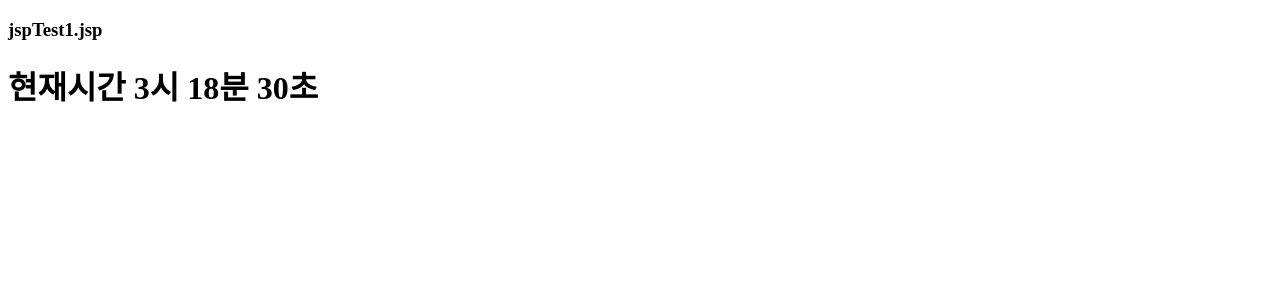
Repository: SouthSea0613/401_Unauthorized_java
Page: http://localhost/model1_1/jspTest1.jsp
An editor plug-in stored every save of this project. The page is shown before and after the next save, followed by the edit.
The browser window is 1280 px wide. The pictures show the whole page.
The page is served by Tomcat 9. Other server files are loaded and not shown.

Above is the page before, as saved 2024-12-02 01:00:05.

### model1_1/src/main/webapp/jspTest1.jsp
<%@page import="java.util.Calendar"%>
<%@ page language="java" contentType="text/html; charset=UTF-8"
    pageEncoding="UTF-8"%>
<!DOCTYPE html>
<html>
<head>
<meta charset="UTF-8">
<title>Insert title here</title>
</head>
<%
	//<%: 스크립틀릿(java코드)
	//jsp --> servlet변환 --> 실행
	Calendar c =Calendar.getInstance();
	int hour = c.get(Calendar.HOUR);
	int min = c.get(Calendar.MINUTE);
	int sec = c.get(Calendar.SECOND);

%>
<body>
	<h3>jspTest1.jsp</h3>
	<h1>현재시간 <%=hour+1%>시 <%=min%>분 <%=sec%>초</h1>
</body>
</html>

After the next save:
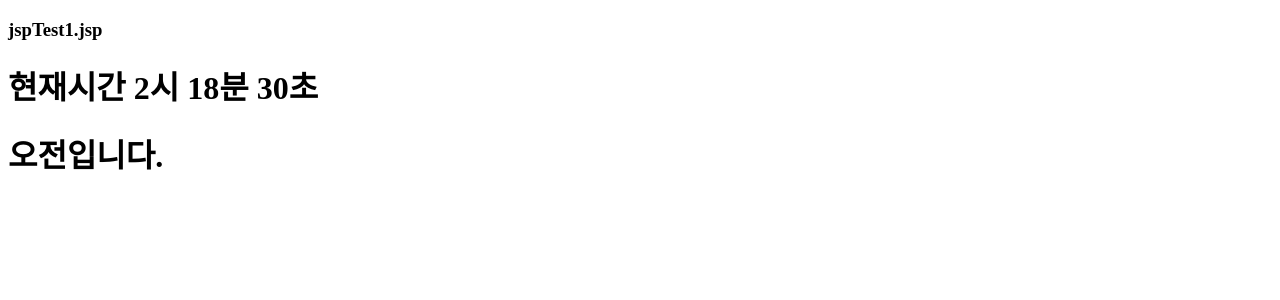
Saved 26 min 3 s later.
--- a/model1_1/src/main/webapp/jspTest1.jsp
+++ b/model1_1/src/main/webapp/jspTest1.jsp
@@ -15,9 +15,19 @@
 	int min = c.get(Calendar.MINUTE);
 	int sec = c.get(Calendar.SECOND);
 
+	/* String request="jsp 내장 객체는 사용불가"; */
+	/* String out="jsp 내장 객체는 사용불가"; */
+	/* session, page, out, response */
+
 %>
 <body>
 	<h3>jspTest1.jsp</h3>
-	<h1>현재시간 <%=hour+1%>시 <%=min%>분 <%=sec%>초</h1>
+	<h1>현재시간 <%=hour%>시 <%=min%>분 <%=sec%>초</h1>
+	<%-- <%=request.getServletContext().getRealPath("/") %> --%>
+	<%if(hour>=12) {%>
+	<h1>오후입니다.</h1>
+	<%}else {%>
+	<h1>오전입니다.</h1>
+	<%} %>
 </body>
 </html>
